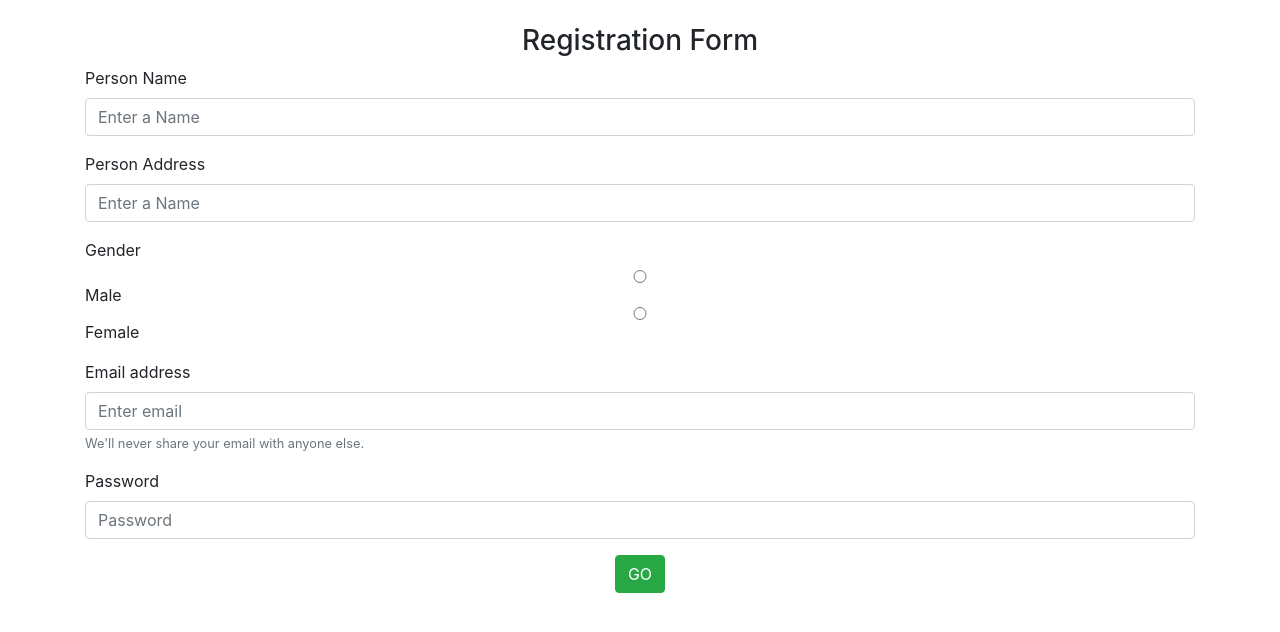
Repository: vijay10091999/Advance-java
Page: http://localhost/SpringMVC/WEB-INF/views/RegisterPage.jsp
The author's editor kept a copy of each file at every save. The page is drawn from the files as they stood at one save, then again after the next save.
The browser window is 1280 px wide. The pictures show the whole page.
Some web libraries are served in a nearby version. The page is served by Tomcat 9. Nobody is signed in. Other server files are loaded and not shown. The template is opened directly, without the code that normally fills it, so the values that code supplies are empty.

Above is the page before, as saved 2022-06-13 09:42:14.

### SpringMVC/src/main/webapp/WEB-INF/views/RegisterPage.jsp
<%@ page language="java" contentType="text/html; charset=ISO-8859-1"
    pageEncoding="ISO-8859-1"%>
<!doctype html>
<html lang="en">
  <head>
    <!-- Required meta tags -->
    <meta charset="utf-8">
    <meta name="viewport" content="width=device-width, initial-scale=1, shrink-to-fit=no">

    <!-- Bootstrap CSS -->
    <link rel="stylesheet" href="https://cdn.jsdelivr.net/npm/bootstrap@4.0.0/dist/css/bootstrap.min.css" integrity="sha384-Gn5384xqQ1aoWXA+058RXPxPg6fy4IWvTNh0E263XmFcJlSAwiGgFAW/dAiS6JXm" crossorigin="anonymous">

    <title>Page</title>
  </head>
  <body>
   <div class="container mt-4">

   <h3 class="text-center">Registration Form </h3>
    <form action="process3" method="post">
    <div class="form-group">
    <label for="exampleInputName">Person Name </label>
    <input type="text" class="form-control" id="name" placeholder="Enter a Name" name="name">
  </div>
   <div class="form-group">
    <label for="exampleInputName">Person Address </label>
    <input type="text" class="form-control" id="address" placeholder="Enter a Name" name="address">
  </div>
   <div class="form-group">
    <label for="exampleInputName">Gender </label>
    <input type="radio" class="form-control" id="gender" value="Male" name="gender">  Male
    <input type="radio" class="form-control" id="gender" value="Female" name="gender">Female
  </div>
  <div class="form-group">
    <label for="exampleInputEmail1">Email address</label>
    <input type="email" class="form-control" id="email" aria-describedby="emailHelp" placeholder="Enter email" name ="email">
    <small id="emailHelp" class="form-text text-muted">We'll never share your email with anyone else.</small>
  </div>
  <div class="form-group">
    <label for="exampleInputPassword1">Password</label>
    <input type="password" class="form-control" id="password" placeholder="Password" name="password">
  </div>
  <div class="container text-center">
    <button type="submit" class="btn btn-success">GO </button>
  </div>
</form>

   </div>



    <!-- Optional JavaScript -->
    <!-- jQuery first, then Popper.js, then Bootstrap JS -->
    <script src="https://code.jquery.com/jquery-3.2.1.slim.min.js" integrity="sha384-KJ3o2DKtIkvYIK3UENzmM7KCkRr/rE9/Qpg6aAZGJwFDMVNA/GpGFF93hXpG5KkN" crossorigin="anonymous"></script>
    <script src="https://cdn.jsdelivr.net/npm/popper.js@1.12.9/dist/umd/popper.min.js" integrity="sha384-ApNbgh9B+Y1QKtv3Rn7W3mgPxhU9K/ScQsAP7hUibX39j7fakFPskvXusvfa0b4Q" crossorigin="anonymous"></script>
    <script src="https://cdn.jsdelivr.net/npm/bootstrap@4.0.0/dist/js/bootstrap.min.js" integrity="sha384-JZR6Spejh4U02d8jOt6vLEHfe/JQGiRRSQQxSfFWpi1MquVdAyjUar5+76PVCmYl" crossorigin="anonymous"></script>
  </body>
</html>

After the next save:
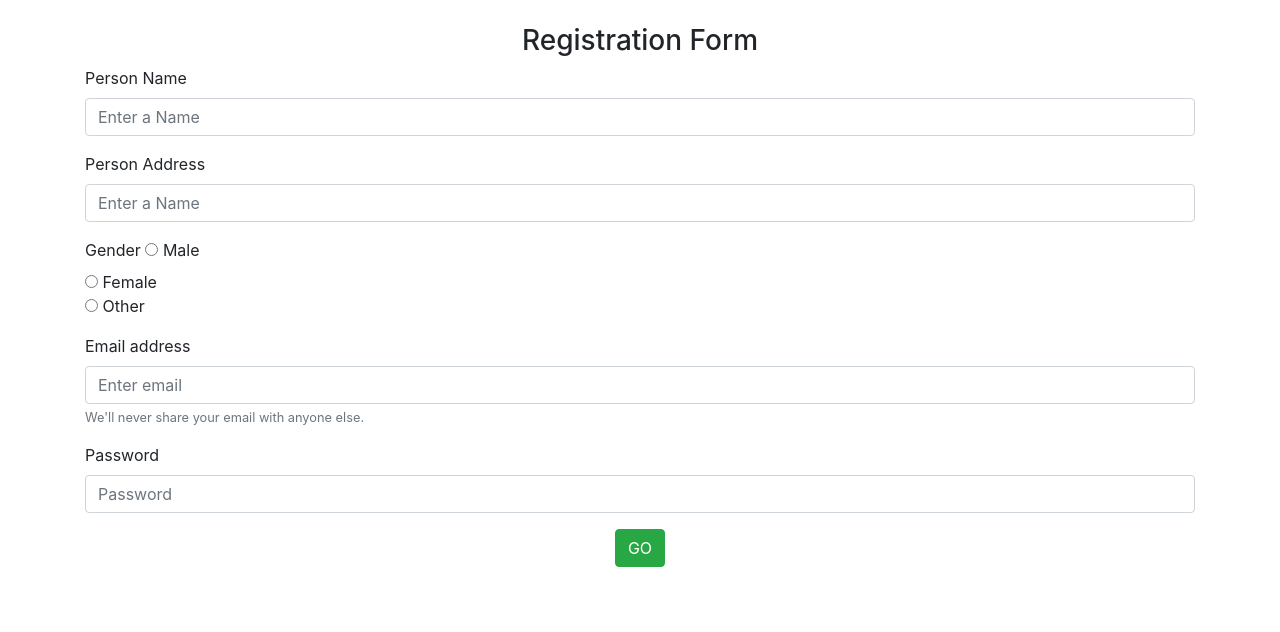
Saved 100 s later.
--- a/SpringMVC/src/main/webapp/WEB-INF/views/RegisterPage.jsp
+++ b/SpringMVC/src/main/webapp/WEB-INF/views/RegisterPage.jsp
@@ -27,8 +27,9 @@
   </div>
    <div class="form-group">
     <label for="exampleInputName">Gender </label>
-    <input type="radio" class="form-control" id="gender" value="Male" name="gender">  Male
-    <input type="radio" class="form-control" id="gender" value="Female" name="gender">Female
+    <input type="radio" name="gender" value="male"> Male<br>
+	<input type="radio" name="gender" value="female"> Female<br>
+	<input type="radio" name="gender" value="other"> Other
   </div>
   <div class="form-group">
     <label for="exampleInputEmail1">Email address</label>
